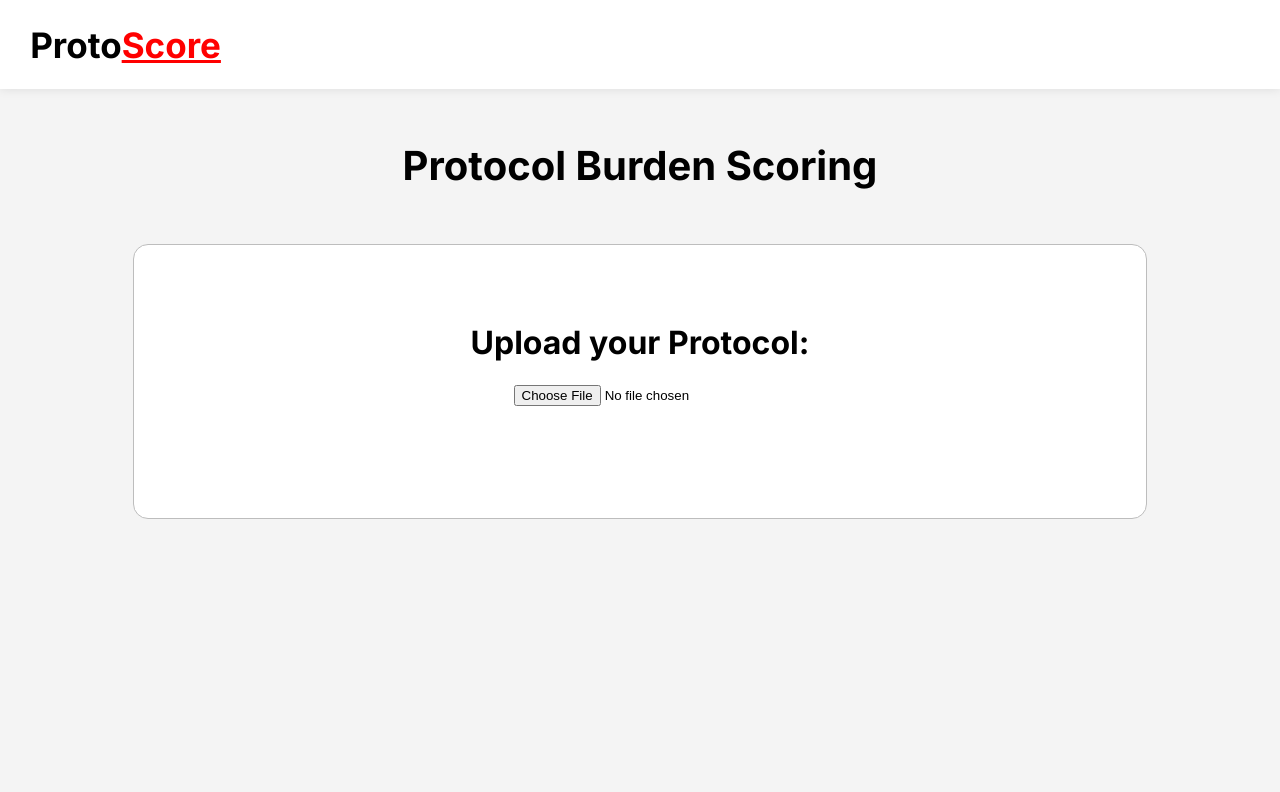
Repository: evanc108/Regeneron2024
Page: / (app in regeneron/)
An editor plug-in stored every save of this project. The page is shown before and after a run of saves, followed by the edit.
The browser window is 1280 px wide. The pictures show the whole page.
The project was rebuilt for these pictures with package versions that can differ from the ones it lists, and the page was loaded fresh each time.

Above is the page before, as saved 2024-05-14 02:21:06.

### regeneron/src/App.js
import './App.css';
import React, { useState } from 'react';
import Feedback from './pages/Feedback';


function App() {
  return (
    <div className="App">
      <div style={{backgroundColor: "white", width: "100%", padding: "0.2px", boxShadow: "0px 0px 10px rgba(0, 0, 0, 0.1)"}}>
        <h1 style={{ marginLeft: "30px", fontSize: "35px", textAlign: "left"}}>
          <span style={{color: "black"}}>Proto</span>
          <span style={{color: "red", textDecoration: "underline"}}>Score</span>
        </h1>
      </div>


      {/* <input value={inputValue} onChange={handleChange}></input>
      <button onClick={sendRequest}>Click me</button>
      <div>
        <p>Physical Burden: {burden.physical}</p>
        <p>Logistical Burden: {burden.logistical}</p>
        <p>Financial: {burden.financial}</p>
        <p>Psychological Burden: {burden.psychological}</p>
      </div> */}
      <Feedback></Feedback>
    </div>
  );
}

export default App;

### regeneron/src/App.css
.App {
  text-align: center;
  background-color: #f4f4f4;
  margin: 0;
  height: 110vh;
}

body {
  font-family: 'Inter', sans-serif;
  margin: 0;
  padding: 0;
  height: 110vh;
}

.App-logo {
  height: 40vmin;
  pointer-events: none;
}

@media (prefers-reduced-motion: no-preference) {
  .App-logo {
    animation: App-logo-spin infinite 20s linear;
  }
}

.App-header {
  background-color: #282c34;
  min-height: 100vh;
  display: flex;
  flex-direction: column;
  align-items: center;
  justify-content: center;
  font-size: calc(10px + 2vmin);
  color: white;
}

.App-link {
  color: #61dafb;
}

@keyframes App-logo-spin {
  from {
    transform: rotate(0deg);
  }
  to {
    transform: rotate(360deg);
  }
}

### regeneron/src/pages/Feedback.js
import React, { useState } from 'react';
import '../styles/feedback.css';
import { handleExtraction } from '../openAIServices';
import { PropagateLoader } from 'react-spinners';

function Feedback() {
    const [fileUploaded, setFileUploaded] = useState(false);
    const [loading, setLoading] = useState(false);
    const [burden, setBurden] = useState({});
    const [pdfUrl, setPdfUrl] = useState("");

    const handleFileUpload = async (text) => {
        setLoading(true);
        // Uncomment and use when API is connected
        // const response = await handleExtraction(text);
        // setBurden(response);
        setFileUploaded(true);
        setLoading(false);
    };

    function extractText(event) {
        const file = event.target.files[0];
        if (file) {
            const url = URL.createObjectURL(file);
            setPdfUrl(url);
            setFileUploaded(true);

            const reader = new FileReader();
            reader.onload = async (e) => {
                const text = await reader.result;
                console.log(text);
                handleFileUpload(text);
            };
            reader.readAsText(file);
        }
    }

    return (
        <div className="feedback-container">
            {!fileUploaded && (
                <div style={{display:"flex", flexDirection:"column", justifyContent:"center", alignItems:"center", marginTop:"30px"}}>
                    <div className="onboarding">
                        <h1>Protocol Burden Scoring</h1>
                    </div>
                    <div className='upload-file'>
                        {!fileUploaded && !loading && (
                            <div>
                                <h1>Upload your Protocol:</h1>
                                <input
                                    type="file"
                                    accept=".pdf"
                                    onChange={extractText}
                                />
                            </div>
                        )}
                        {loading && (
                            <div style={{ marginTop: "30px" }}>
                                <h2>Calculating Burden...</h2>
                                <PropagateLoader color="#36d7b7" />
                            </div>
                        )}
                    </div>
                </div>
            )}

            {fileUploaded && !loading && (
                <div className="protocol-container">
                    <div className="iframe-container">
                        <iframe src={pdfUrl} style={{ width: '100%', height: '100%' }}></iframe>
                    </div>
                </div>
            )}
            {fileUploaded && !loading && (
                <div className="score-container">
                    <div>
                        <p style={{ fontSize: '17px', fontWeight: '300', marginBottom: '-3px' }}>Burden Score</p>
                        <span style={{ fontSize: '50px', fontWeight: '600' }}>{burden.score || 'N/A'}</span>
                    </div>
                </div>
            )}
        </div>
    );
}

export default Feedback;

### regeneron/src/styles/feedback.css
.feedback-container {
    display: flex;
    flex-direction: row;
    justify-content: center;
    margin-top: -2.5%;
}

.onboarding {
    font-size: 20px;
    font-weight: 500;
    margin-top: 5%;

}

.upload-file {
    border-color: rgb(189, 189, 189);
    border-width: 1px;
    border-style: solid;
    padding-left: 100px;
    padding-right: 100px;
    width: 150%;
    height: 30vh;
    margin-top: 5%;
    border-radius: 15px;
    background-color: white;
    overflow: hidden;
    padding-top: 10.5%;
}

.protocol-container {
    border-color: rgb(189, 189, 189);
    border-width: 1px;
    border-style: solid;
    padding-left: 100px;
    padding-right: 100px;
    width: 40%;
    height: 68vh;
    margin-top: 5%;
    border-radius: 15px;
    background-color: white;
    overflow: hidden;
    padding-top: 10.5%;
}

.score-container {
    border-color: rgb(189, 189, 189);
    border-width: 1px;
    border-style: solid;
    padding: 100px;
    width: 10%;
    height: 65.3vh;
    margin-top: 5%;
    border-radius: 15px;
    background-color: white;
    margin-left: 30px;
}

.score {
    font-size: large;
}

.unique-score {
    font-size: 86px;
    font-weight: 500;
}


.iframe-container {
    top: -28%;
    width: 130%;
    left: -15%;
    height: 150%;  /* Adjust height as needed */
    overflow: hidden;
    position: relative;
}

Loaded but not shown: regeneron/public/index.html (common file); regeneron/src/index.js (common file); regeneron/src/openAIServices.js (no copy from this time; the picture is the same without it)

After the next 2 saves:
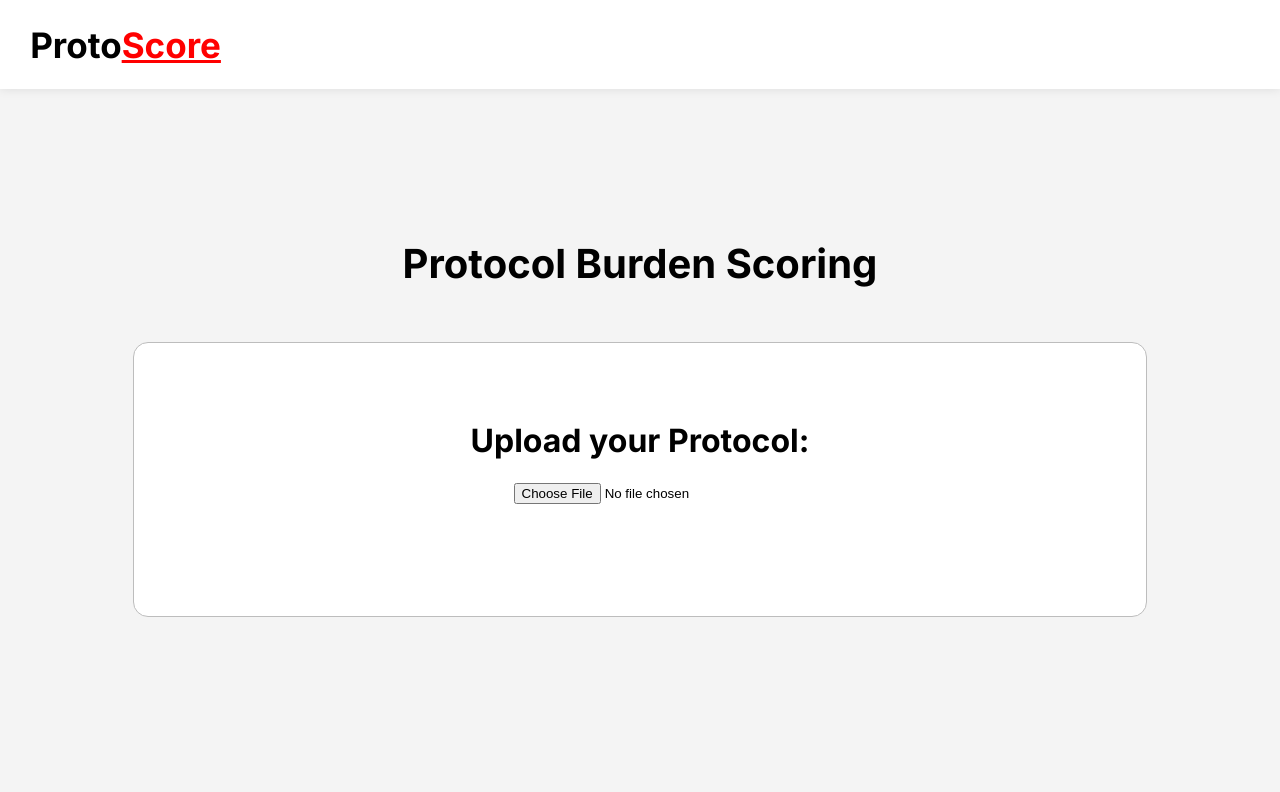
The 2 saves are shown as one change because they came seconds apart.
The last was saved 13 s later.
--- a/regeneron/src/pages/Feedback.js
+++ b/regeneron/src/pages/Feedback.js
@@ -38,7 +38,7 @@ function Feedback() {
     return (
         <div className="feedback-container">
             {!fileUploaded && (
-                <div style={{display:"flex", flexDirection:"column", justifyContent:"center", alignItems:"center", marginTop:"30px"}}>
+                <div style={{display:"flex", flexDirection:"column", justifyContent:"center", alignItems:"center", marginTop:"10%"}}>
                     <div className="onboarding">
                         <h1>Protocol Burden Scoring</h1>
                     </div>
